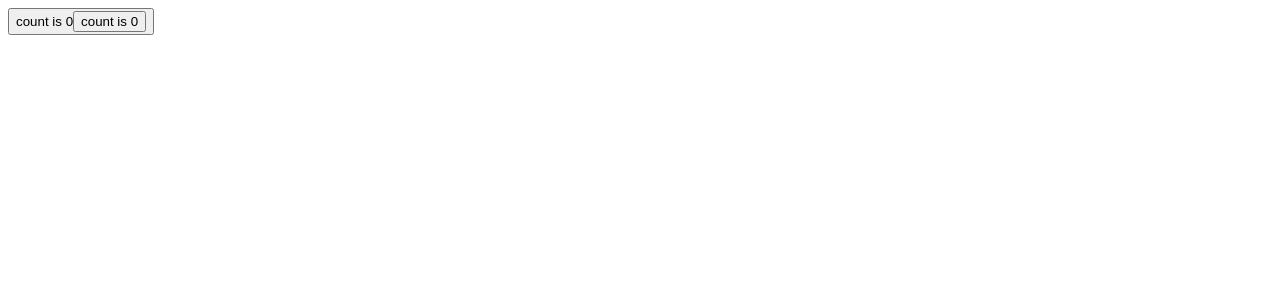
Repository: Pictor13/webcomponents-htmx
Page: public/index.html
An editor plug-in stored every save of this project. The page is shown before and after the next save, followed by the edit.
The browser window is 1280 px wide. The pictures show the whole page.

Above is the page before, as saved 2023-11-19 07:49:29.

After the next save:
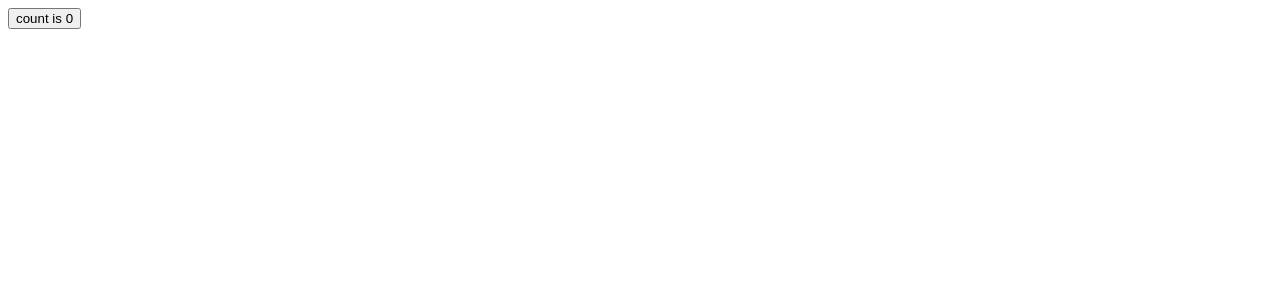
Saved 23 s later.
--- a/public/components/my-component.js
+++ b/public/components/my-component.js
@@ -10,9 +10,7 @@ class CounterElement extends HTMLButtonElement {
   }
 
   connectedCallback() {
-    this.button = document.createElement('button');
-    this.button.innerText = this.tpl`${this.count}`
-    this.append(this.button);
+    this.innerText = this.tpl`${this.count}`
     this.addEventListener("click", this.increment);
   }
 
